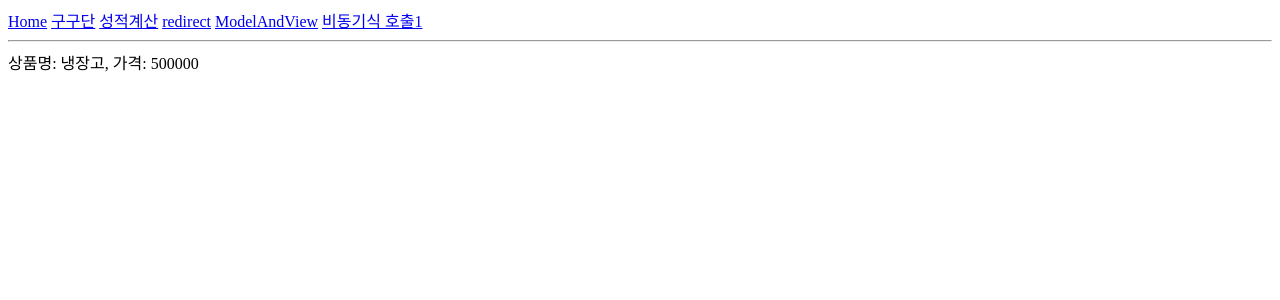
Repository: deok2kim/Java
Page: http://localhost/spring01/ajax.do
The author's editor kept a copy of each file at every save. The page is drawn from the files as they stood at one save, then again after the next save.
The browser window is 1280 px wide. The pictures show the whole page.
The page is served by Tomcat 9. Other server files are loaded and not shown.

Above is the page before, as saved 2020-11-24 14:00:06.

### spring01/src/main/webapp/WEB-INF/views/test/ajax.jsp
<%@ page language="java" contentType="text/html; charset=UTF-8"
    pageEncoding="UTF-8"%>
<!DOCTYPE html>
<html>
<head>
<meta charset="UTF-8">
<title>Insert title here</title>
<script src="http://code.jquery.com/jquery-3.4.1.min.js"></script>
<script>
// $(선택자).이벤트함수(코드)
// $(document).ready(function(){
$(function(){
	$.ajax({
		type: "post",
		url: "background.do",
		success: function(result){ // 콜백함수
			console.log("test:"+result);
			$("#result").html("상품명: "+result.name+", 가격: "+result.price);
		}
	});
});
</script>
</head>
<body>
<jsp:include page="../include/menu.jsp" />
<div id="result"></div>
</body>
</html>

### spring01/src/main/webapp/WEB-INF/views/include/menu.jsp
<%@ page language="java" contentType="text/html; charset=UTF-8"
    pageEncoding="UTF-8"%>

<!-- 다른 페이지에 삽입시기키 위해서 다른것들을 다 지움 include -->
<a href="/">Home</a>
<a href="gugu.do">구구단</a>
<a href="point.do">성적계산</a>
<a href="move.do">redirect</a>
<a href="mav.do">ModelAndView</a>
<a href="ajax.do">비동기식 호출1</a>
<hr>

After the next save:
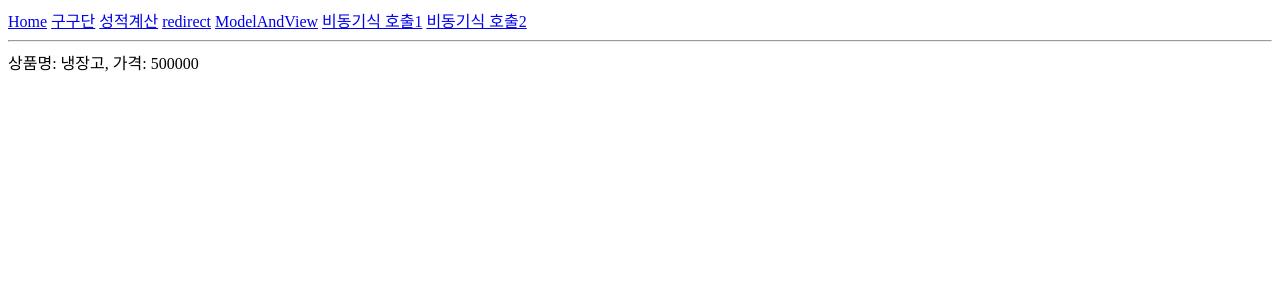
Saved 3 min 31 s later.
--- a/spring01/src/main/webapp/WEB-INF/views/include/menu.jsp
+++ b/spring01/src/main/webapp/WEB-INF/views/include/menu.jsp
@@ -8,4 +8,5 @@
 <a href="move.do">redirect</a>
 <a href="mav.do">ModelAndView</a>
 <a href="ajax.do">비동기식 호출1</a>
+<a href="login.do">비동기식 호출2</a>
 <hr>
